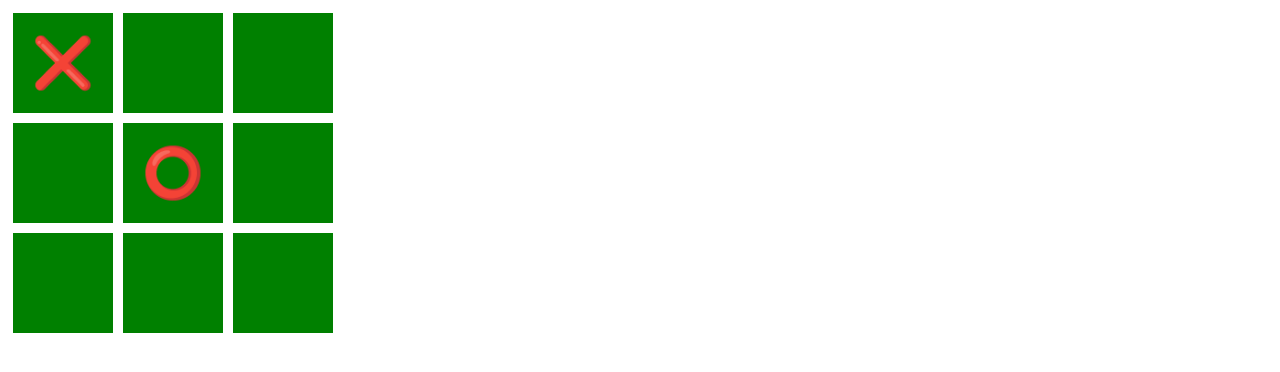
Repository: guchengjie/Frontend-01-Template
Page: week10/code2.html
An editor plug-in stored every save of this project. The page is shown before and after the next save, followed by the edit.
The browser window is 1280 px wide. The pictures show the whole page.

Above is the page before, as saved 2020-06-13 19:34:28.

### week10/code2.html
<!DOCTYPE html>
<html lang="en">

<head>
  <meta charset="UTF-8">
  <meta name="viewport" content="width=device-width, initial-scale=1.0">
  <title>Document</title>
  <style>
    .chessboard {
      width: 400px;
      height: 300px;
    }

    .chessboard div {
      background: green;
      width: 100px;
      height: 100px;
      display: inline-block;
      vertical-align: top;
      line-height: 100px;
      border: 5px solid #fff;
      font-size: 50px;
      text-align: center;
      cursor: pointer;
    }
  </style>
</head>

<body>
  <div id="box" class="chessboard">

  </div>
  <script>
    window.onload = function () {
      // 1 是圆圈  2是红叉
      const chessboard = [
        [2, 0, 0],
        [0, 1, 0],
        [0, 0, 0],
      ];

      show();

      function show() {
        const container = document.getElementById('box');
        chessboard.forEach((item) => {
          item.forEach((box) => {
            const cell = document.createElement('div');
            cell.innerHTML =
              box === 1 ? '⭕️' :
              box === 2 ? '❌' :
            '';
            container.appendChild(cell);
          });
        });
      }
    }
  </script>
</body>

</html>

After the next save:
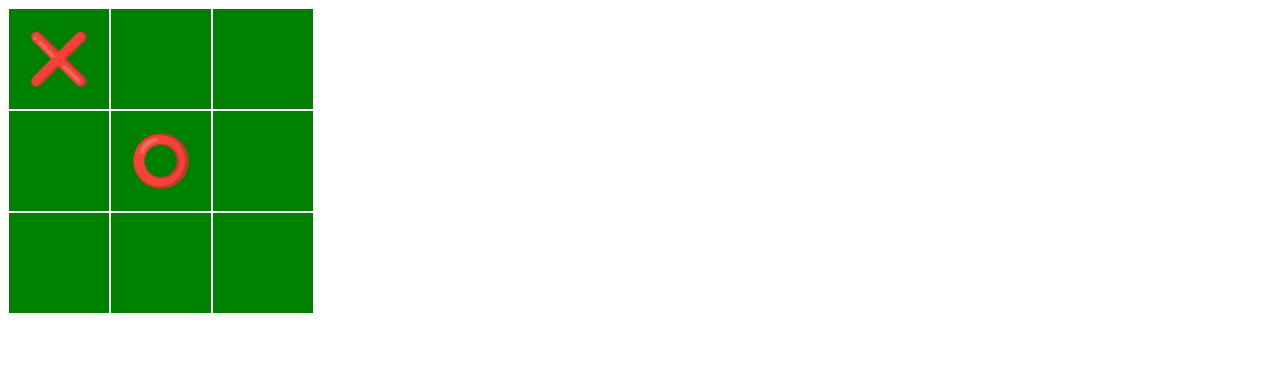
Saved 42 s later.
--- a/week10/code2.html
+++ b/week10/code2.html
@@ -18,7 +18,7 @@
       display: inline-block;
       vertical-align: top;
       line-height: 100px;
-      border: 5px solid #fff;
+      border: 1px solid #fff;
       font-size: 50px;
       text-align: center;
       cursor: pointer;
